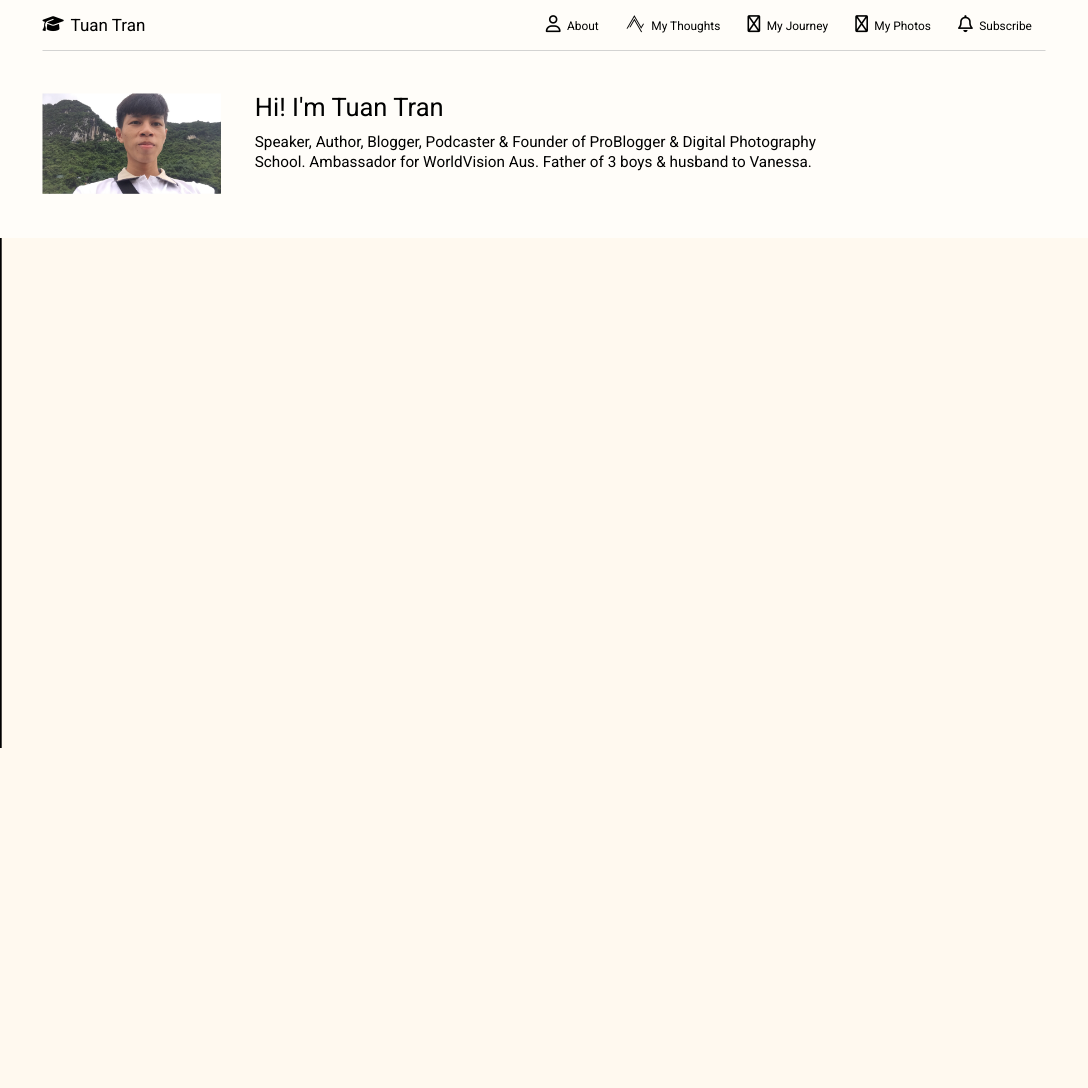
Repository: TranDinhTuann/Blog-Demo
Page: index.html
These files come from the project's save history. The page is drawn as it stood at one moment and after the next save; the edit follows.
The browser window is 1280 px wide. The pictures show the whole page, at 85% of full size.

Above is the page before, as saved 2023-03-22 20:10:14.

### index.html
<!DOCTYPE html>
<html lang="en">
<head>
    <meta charset="UTF-8">
    <meta http-equiv="X-UA-Compatible" content="IE=edge">
    <meta name="viewport" content="width=device-width, initial-scale=1.0">
    <title>Blog của Tuấn</title>
    <link rel="stylesheet" href="./assets/css/base.css">
    <link rel="stylesheet" href="./assets/css/main.css">
    <link rel="stylesheet" href="https://cdnjs.cloudflare.com/ajax/libs/normalize/8.0.1/normalize.min.css">
    <link rel="stylesheet" href="./assets/fonts/fontawesome-free-6.2.1-web/css/all.min.css">
    <link rel="preconnect" href="https://fonts.googleapis.com"><link rel="preconnect" href="https://fonts.gstatic.com" crossorigin><link href="https://fonts.googleapis.com/css2?family=Roboto:wght@300;400;500;700&display=swap" rel="stylesheet">
</head>
<body>
    <div class="app">
        <div class="header">
            <nav class="navbar">
                <a class="navbar__head">
                    <i class="navbar__head-icon fa-solid fa-graduation-cap"></i>
                    <div class="navbar__name">Tuan Tran</div>
                </a>

                <ul class="navbar__list">
                    <li class="navbar__list-item">
                        <a href="" class="navbar__list-item-link">
                            <i class="navbar__list-item-icon fa-regular fa-user"></i>
                            <span class="navbar__list-item-text">About</span>
                        </a>
                    </li>
                    <li class="navbar__list-item">
                        <a href="" class="navbar__list-item-link">
                            <i class="navbar__list-item-icon fa-brands fa-think-peaks"></i>
                            <span class="navbar__list-item-text">My Thoughts</span>
                        </a>
                    </li>
                    <li class="navbar__list-item">
                        <a href="" class="navbar__list-item-link">
                            <i class="navbar__list-item-icon fa-regular fa-location-dot"></i>
                            <span class="navbar__list-item-text">My Journey</span>
                        </a>
                    </li>
                    <li class="navbar__list-item">
                        <a href="" class="navbar__list-item-link">
                            <i class="navbar__list-item-icon fa-sharp fa-regular fa-camera-retro"></i>
                            <span class="navbar__list-item-text">My Photos</span>
                        </a>
                    </li>
                    <li class="navbar__list-item">
                        <a href="" class="navbar__list-item-link">
                            <i class="navbar__list-item-icon fa-regular fa-bell"></i>
                            <span class="navbar__list-item-text">Subscribe</span>
                        </a>
                    </li>
                </ul>
            </nav>

            <div class="intro">
                <div class="intro__img">
                    <img src="./assets/img/logo.JPG" alt="" class="intro__img-image">
                </div>
                <div class="intro__text">
                    <div class="intro__head">Hi! I'm Tuan Tran </div>
                    <div class="intro__des">Speaker, Author, Blogger, Podcaster & Founder of ProBlogger & Digital Photography School. Ambassador for WorldVision Aus. Father of 3 boys & husband to Vanessa.</div>
                </div>
            </div>
        </div>

        <div class="grid">
            <div class="grid1">
                <div class="content">

                </div>

                <div class="sitebar">

                </div>
            </div>
        </div>

        <footer class="footer">

        </footer>
    </div>
</body>
</html>

### assets/css/base.css
:root {
    --white-color: #fff;
    --black-color: #000;
    --text-color: #333;
    --primary-color: #fff9ef;
    --header-primary-color: rgb(255, 253, 249);
}

* {
    box-sizing: inherit;
}

html {
    /* hack */
    font-size: 62.5%;
    line-height: 1.6rem;
    font-family: 'Roboto', sans-serif;
    box-sizing: border-box;
}

@keyframes fadeIn {
    from{
        opacity: 0;
    }
    to{
        opacity: 1;
    }
}

@keyframes growth {
    from{
        transform: calc(0);
    }
    to{
        transform: calc(1);
    }
}

### assets/css/main.css
.app{
    height: 1000px;
    background-color: rgb(255, 253, 249);
}

.header{
    height: 280px;
    margin: 0 50px;
}

.navbar{
    height: 60px;
    border-bottom: 1px solid #ccc;
    display: flex;
    align-items: center;
    justify-content: space-between;
}

.navbar__head-icon {
    font-size: 2rem;
    margin-right: 8px;
}

.navbar__name {
    font-size: 2rem;

}

.navbar__head {
    display: flex;
}

.navbar__head:hover {
    cursor: pointer;
    opacity: 0.5;
}

.navbar__list {
    display: flex;
    list-style: none;
    font-size: 1.4rem;
}

.navbar__list-item {
    padding: 0 16px;
    line-height: 60px;
}

.navbar__list-item:hover {
    cursor: pointer;
    opacity: 0.5;
}

.navbar__list-item-link {
    color: #000;
    text-decoration: none;
}

.navbar__list-item-icon{
    font-size: 2rem;
    padding-right: 4px;
}


.intro {
    display: flex;
    margin-top: 50px;
}

.intro__img {
    width: 30%;
    height: 50px;
}

.intro__img-image {
    width: 100%;
    background-size:cover;
}

.intro__text{
    padding-left: 40px;
}

.intro__head {
    font-size: 3rem;
}

.intro__des {
    font-size: 1.8rem;
    padding: 10px 250px 0 0;
    line-height: 2.4rem;
}


/* Grid */
.grid {
    background-color: rgb(255, 249, 239);
    height: 1000px;
    display: flex;
}
.content {
    width: 60%;
    border: 1px solid #000;
    height: 600px;
}
.sitebar {
    width: 40%;
}

Loaded but not shown: assets/fonts/fontawesome-free-6.2.1-web/css/all.min.css (library)

After the next save:
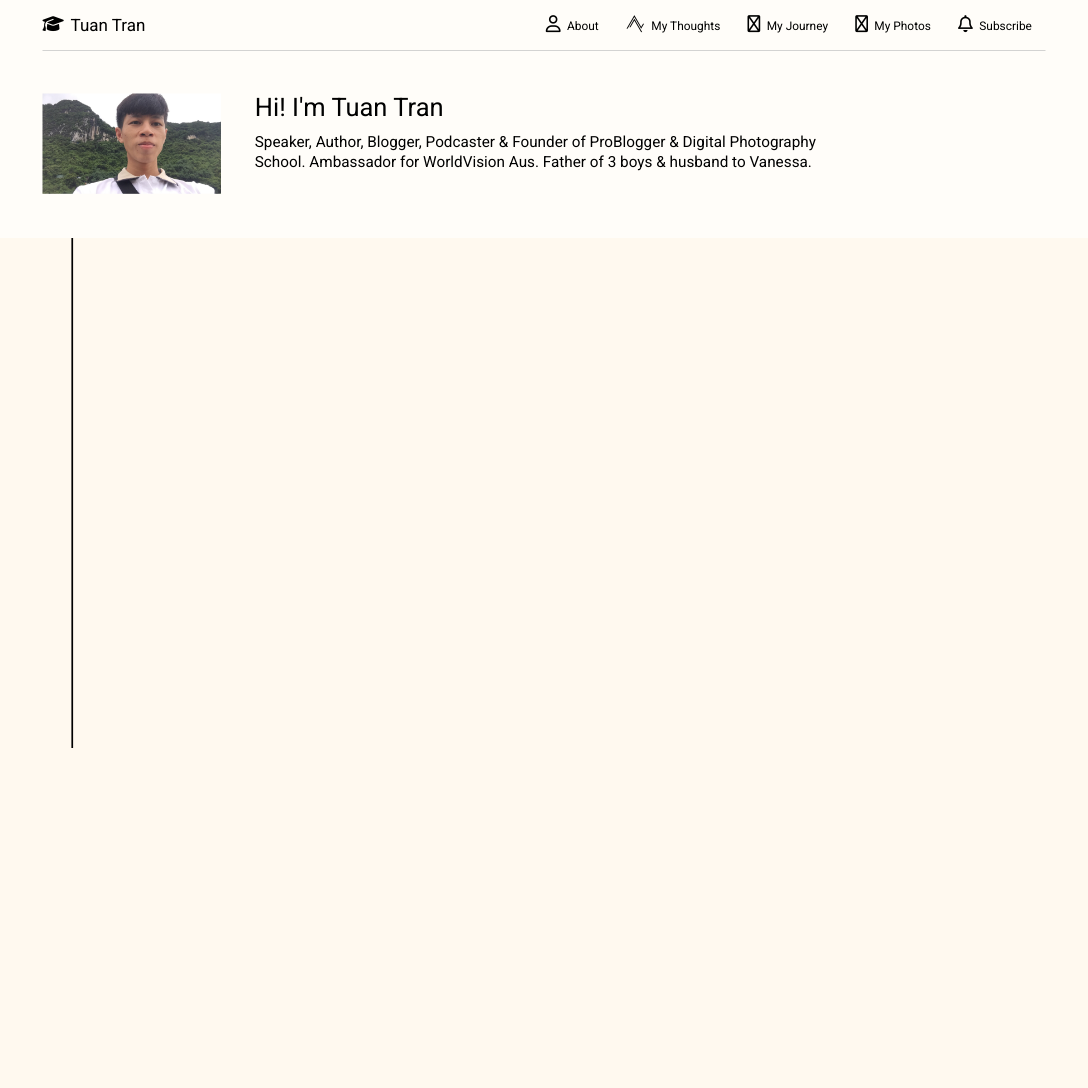
Saved 29 s later.
--- a/assets/css/main.css
+++ b/assets/css/main.css
@@ -98,6 +98,9 @@
     height: 1000px;
     display: flex;
 }
+.grid1  {
+    margin: 0 84px;
+}
 .content {
     width: 60%;
     border: 1px solid #000;
